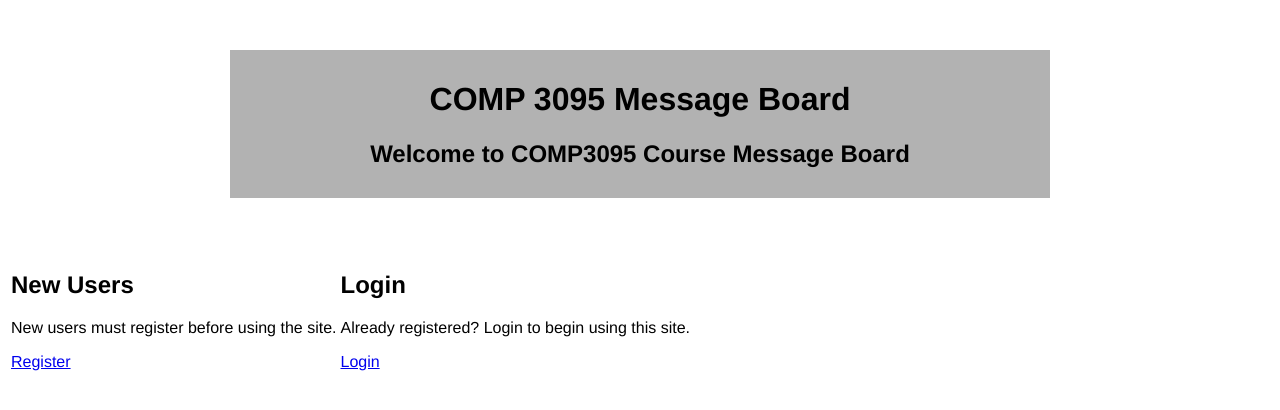
Repository: JesseFo/Whitespace
Page: whitespace/WebContent/WEB-INF/index.html
An editor plug-in stored every save of this project. The page is shown before and after the next save, followed by the edit.
The browser window is 1280 px wide. The pictures show the whole page.

Above is the page before, as saved 2015-10-14 02:53:15.

### whitespace/WebContent/WEB-INF/index.html
<!DOCTYPE html>
<html>
	<head>
		<meta charset="ISO-8859-1">
		<title>Insert title here</title>
		<link rel="stylesheet" type="text/css" href="index.css" />
	</head>

	<body>
		<div id="wrapper">
			<div id="title">
				<h1>COMP 3095 Message Board</h1>
				<h2>Welcome to COMP3095 Course Message Board</h2>
			</div>

			<div id="content">
				<table><tr>
					<td>
						<h2>New Users</h2>
						<p>New users must register before using the site.</p>
						<a href="#">Register</a>
					</td>
					<td>
						<h2>Login</h2>
						<p>Already registered? Login to begin using this site.</p>
						<a href="#">Login</a>
					</td>
				</tr></table>
			</div>
		</div>
	</body>
</html>

### whitespace/WebContent/WEB-INF/index.css
@CHARSET "ISO-8859-1";

#wrapper{
	font-family: Helvetica, Arial, sans-serif;
}

#title{
	text-align: center;
	background: #B2B2B2;
	padding: 10px;
	width: 800px;
	margin: 50px auto;
}

#content{
	width: 800px;
}

After the next save:
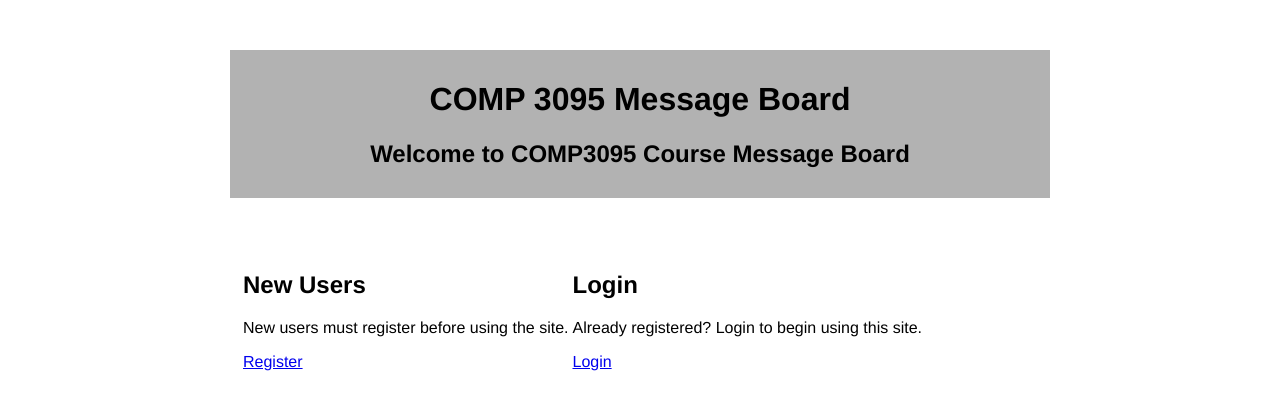
Saved 35 s later.
--- a/whitespace/WebContent/WEB-INF/index.css
+++ b/whitespace/WebContent/WEB-INF/index.css
@@ -14,4 +14,5 @@
 
 #content{
 	width: 800px;
+	margin: 0px auto 15px;
 }
